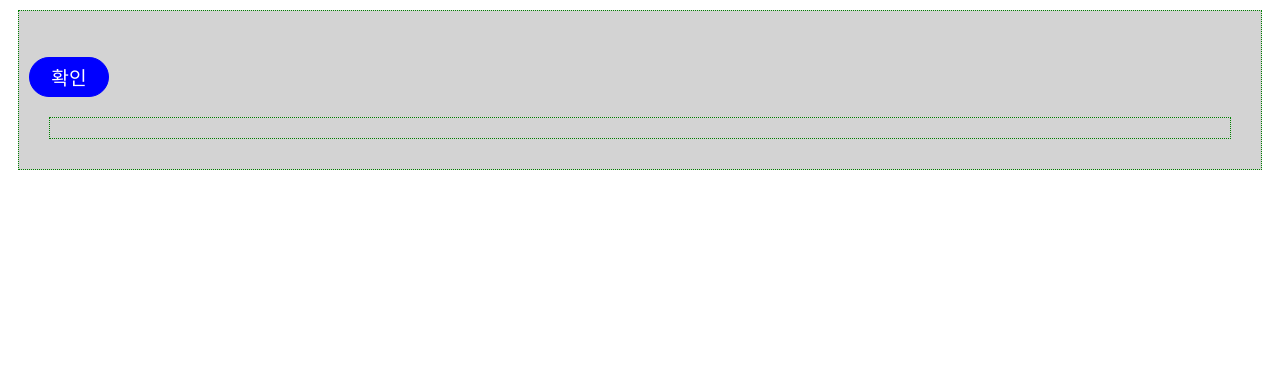
Repository: JJaeHwan/HTML
Page: jquerypro/WebContent/0112/Visibility필터.html
The author's editor kept a copy of each file at every save. The page is drawn from the files as they stood at one save, then again after the next save.
The browser window is 1280 px wide. The pictures show the whole page.

Above is the page before, as saved 2023-01-12 05:29:54.

After the next save:
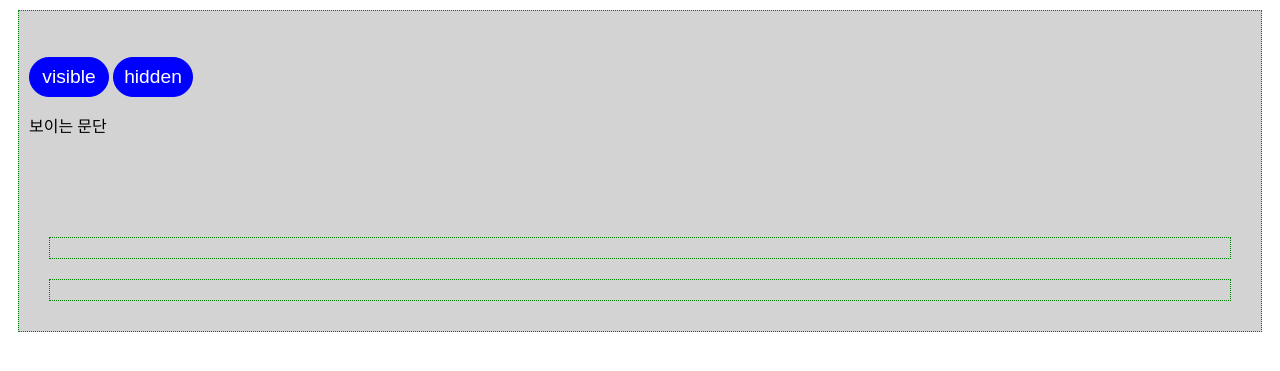
Saved 8 min 0 s later.
--- a/jquerypro/WebContent/0112/Visibility필터.html
+++ b/jquerypro/WebContent/0112/Visibility필터.html
@@ -11,10 +11,18 @@
 
 <div class="box">
 	<br><br>
-	<input type="button" value="확인" id="btn1">
+	<input type="button" value="visible" id="btn1">
+	<input type="button" value="hidden" id="btn2">
 	<br>
 
-	<div id="res1"></div>
+		<p> 보이는 문단</p>
+	  	<p style="visibility:hidden;">숨겨진 문단</p>
+	  	<p style="display:none;"> 자리를 차지 하지 못한 문단 </p>
+	  	<p style="opacity:0;"> 투명한 문단</p>
+
+
+	<div id="visible"></div>
+	<div id="hidden"></div>
 </div>
 </body>
 </html>
